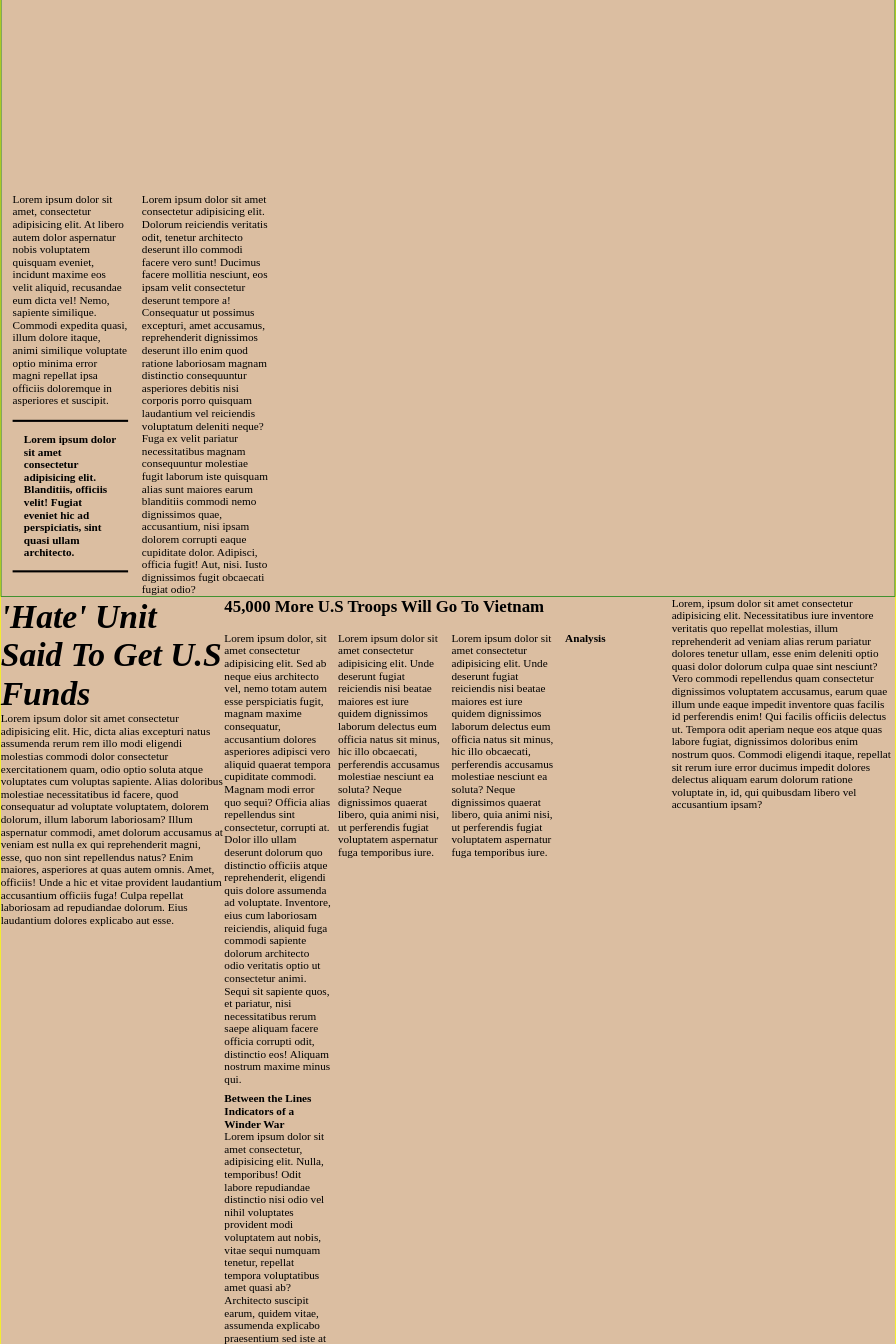
Repository: Arkitecth/newspaper-grid
Page: index.html
An editor plug-in stored every save of this project. The page is shown before and after the next save, followed by the edit.
The browser window is 1280 px wide. The pictures show the part of the page from y = 1424 to 3344 px (the page is 5962 px tall before and 5878 px after), at 70% of full size.

Above is the page before, as saved 2023-05-29 20:07:26.

After the next save:
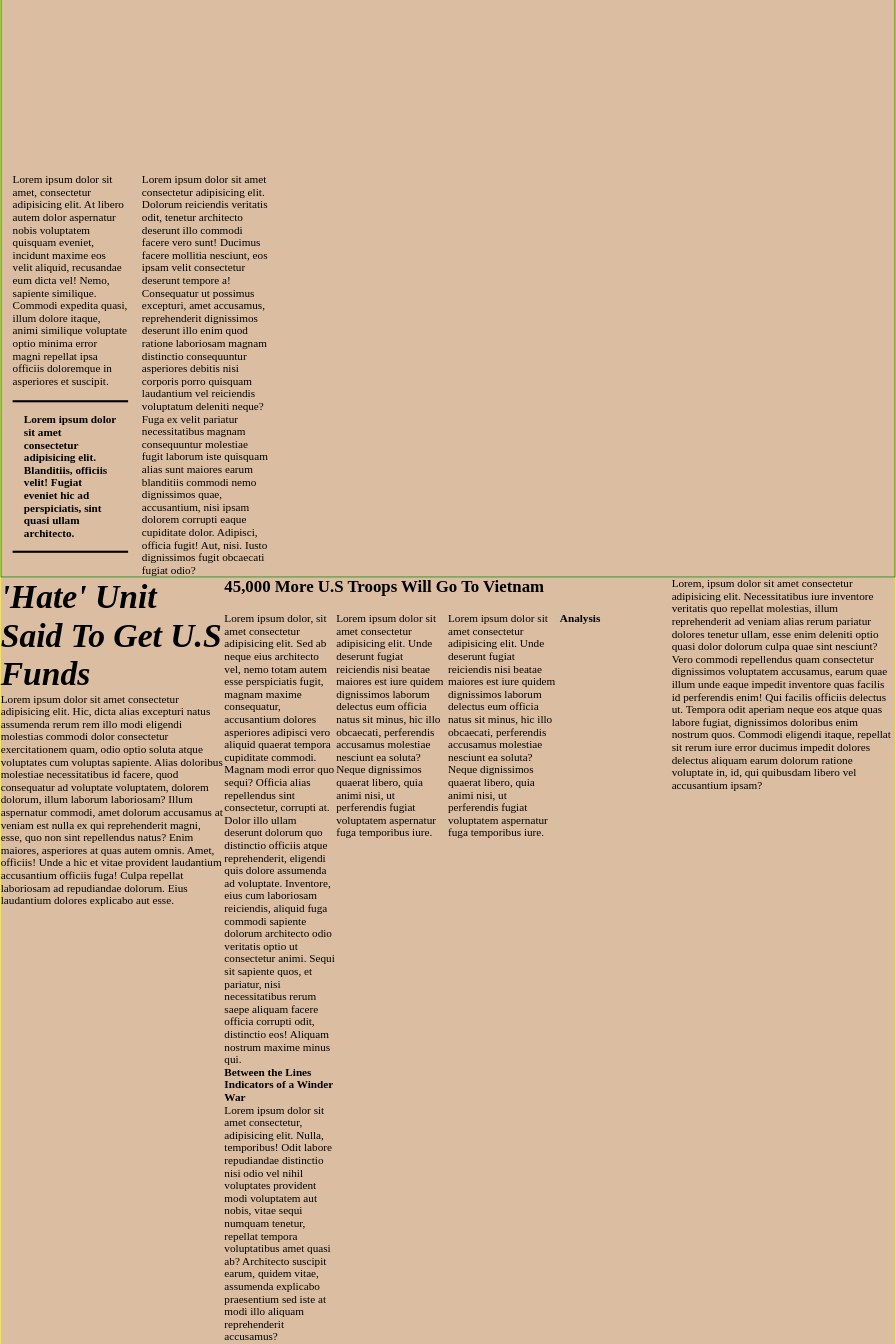
Saved 12 s later.
--- a/styles.css
+++ b/styles.css
@@ -114,7 +114,6 @@
 .middle-grid {
     display: grid;
     grid-template-columns: 1fr 1fr 1fr 1fr;
-    gap: 10px;
 }
 
 .bottom-grid {

After the save that followed:
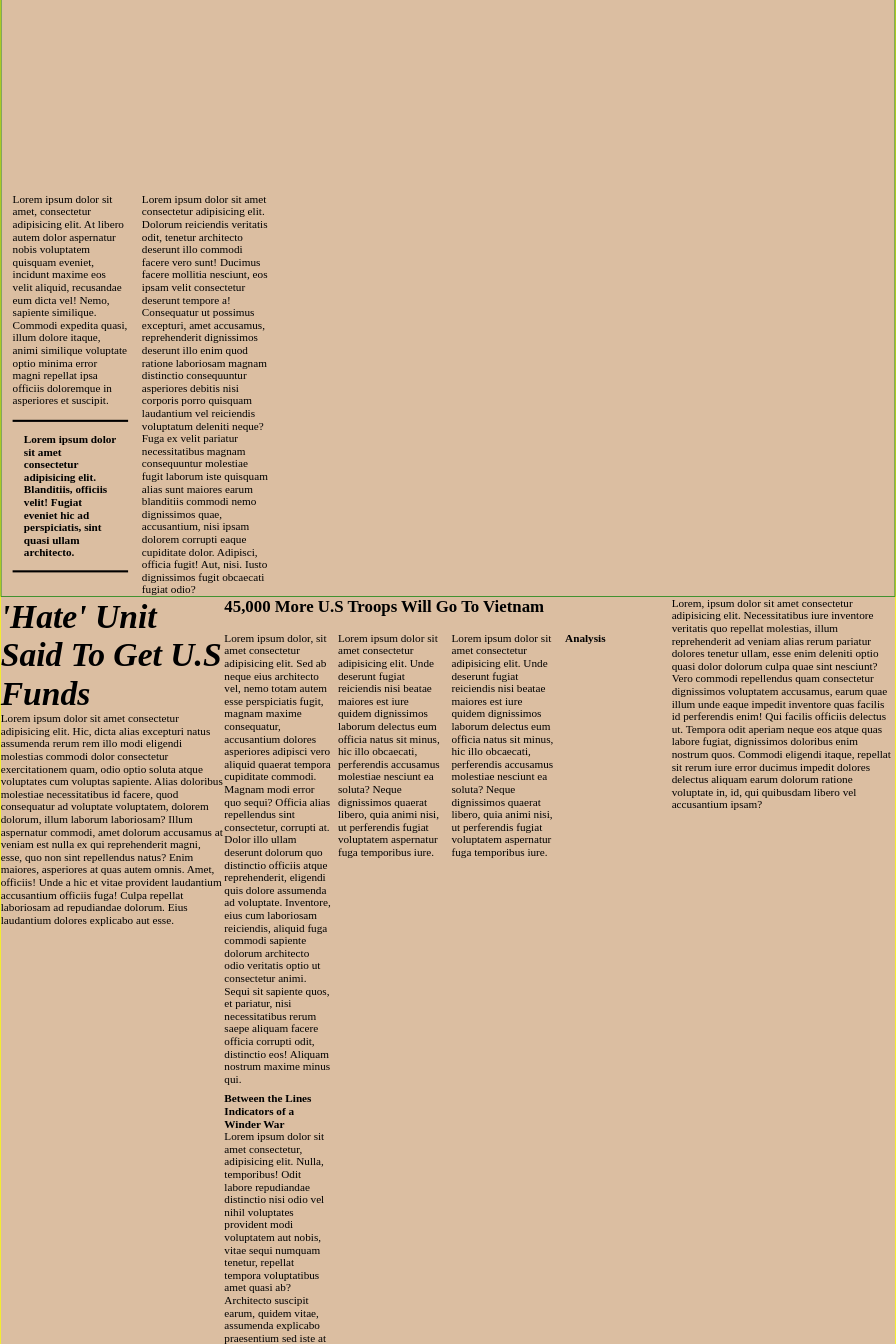
Saved 30 s later.
--- a/styles.css
+++ b/styles.css
@@ -114,11 +114,9 @@
 .middle-grid {
     display: grid;
     grid-template-columns: 1fr 1fr 1fr 1fr;
+    gap: 10px;
 }
 
-.bottom-grid {
-
-}
 .middle h3 {
     font-size: 1.5rem;
     text-transform: capitalize;
